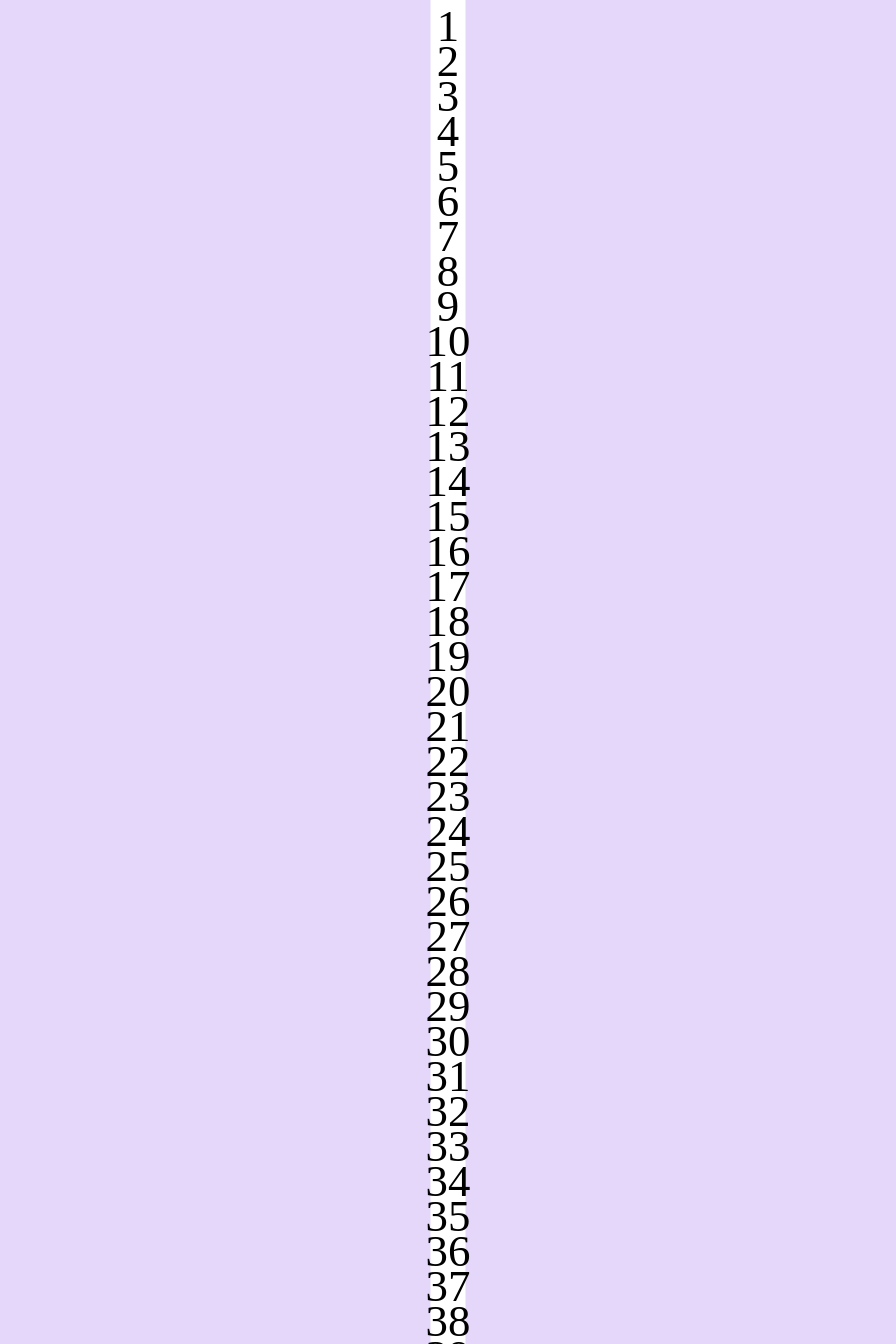
Repository: JunaidAnsari202/Scrollbar-Animation
Page: index.html
An editor plug-in stored every save of this project. The page is shown before and after a run of saves, followed by the edit.
The browser window is 1280 px wide. The pictures show the part of the page from y = 0 to 1920 px (the page is 2524 px tall before and 10000 px after), at 70% of full size.

Above is the page before, as saved 2024-11-07 11:56:31.

After the next 10 saves:
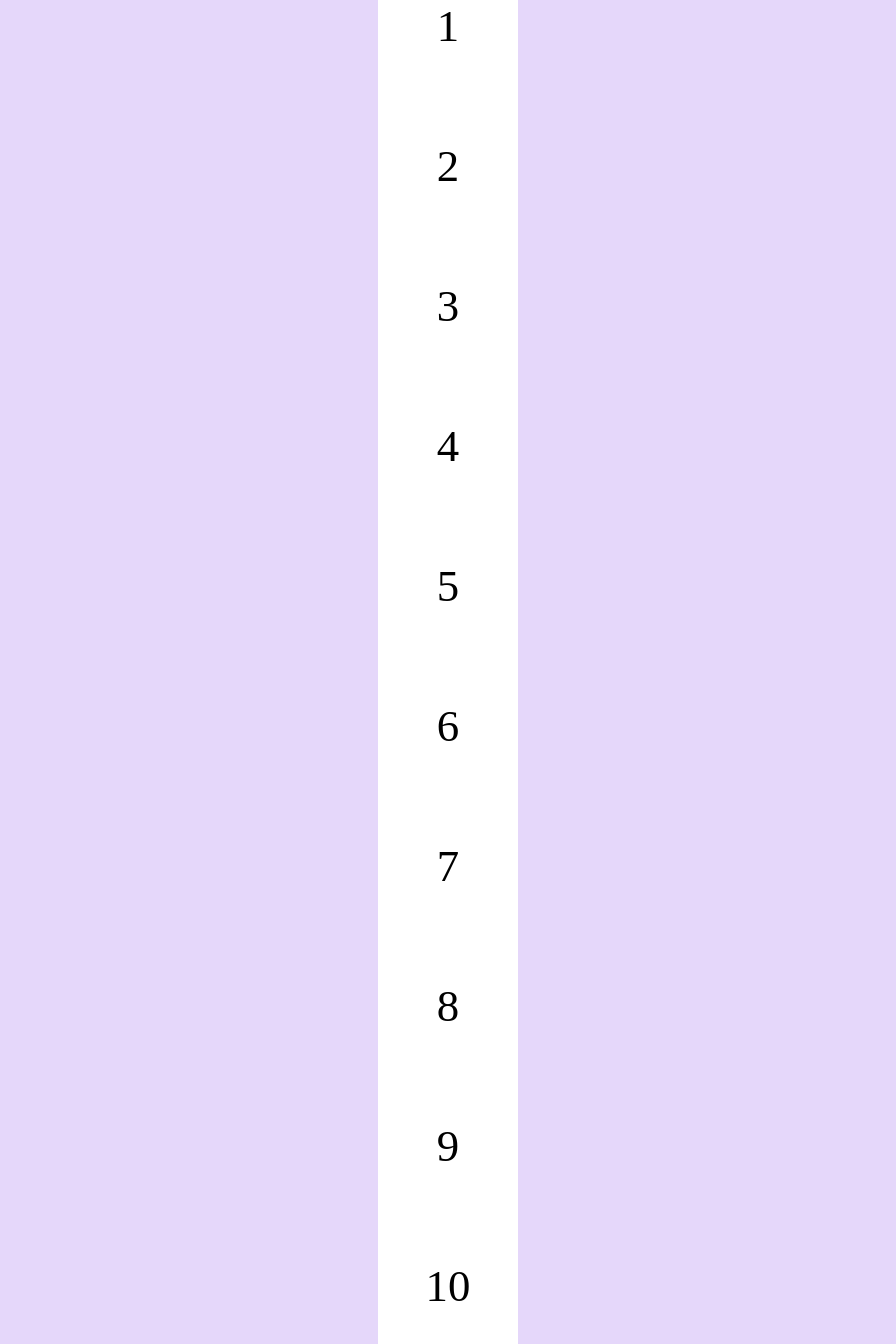
The 10 saves are shown as one change because they came seconds apart.
The last was saved 22 s later.
--- a/style.css
+++ b/style.css
@@ -12,8 +12,8 @@
 }
 
 .cards{
-    width: 50px;
-    height:50px;
+    width: 200px;
+    height:200px;
     background-color: white;
     display: flex;
     justify-content: center;
